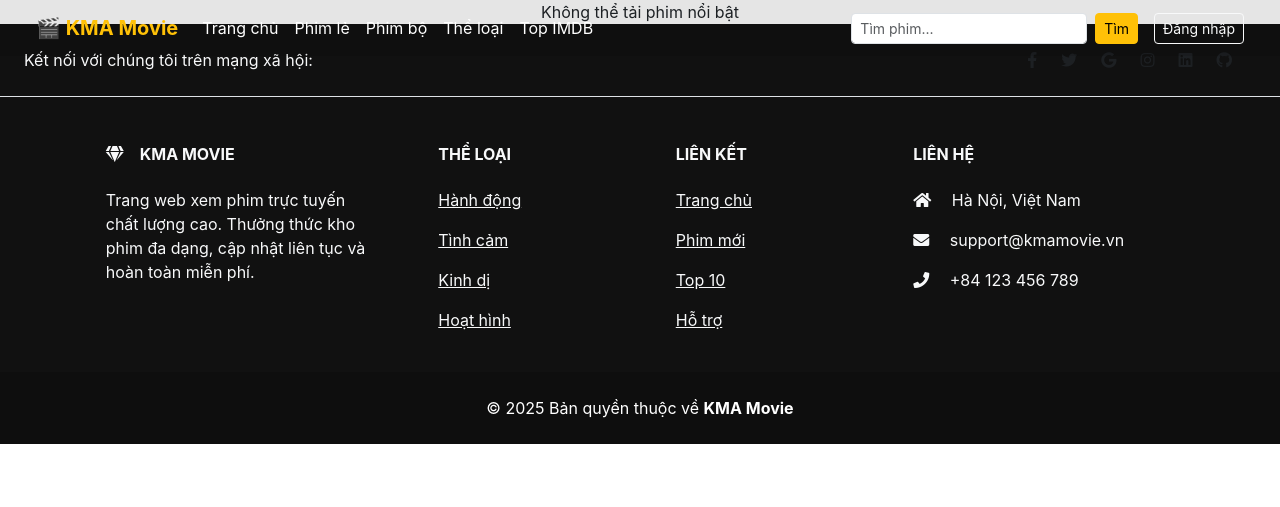
Repository: takagi2004/KMA_Nhom27_TTCS_WebXemFilm_FonEnd
Page: /
An editor plug-in stored every save of this project. The page is shown before and after a run of saves, followed by the edit.
The browser window is 1280 px wide. The pictures show the whole page.
The page's requests for data from a server got no answer. The project was rebuilt for these pictures with package versions that can differ from the ones it lists, and the page was loaded fresh each time. No one was signed in, and anything a server would have sent is missing. Also part of the build but not shown: src/layout/danhsachphim/Props/PhimProps.tsx.

Above is the page before, as saved 2025-08-06 16:06:16.

### public/index.html
<!DOCTYPE html>
<html lang="en">
  <head>
    <meta charset="utf-8" />
    <link rel="icon" href="%PUBLIC_URL%/favicon.ico" />
    <meta name="viewport" content="width=device-width, initial-scale=1" />
    <meta name="theme-color" content="#000000" />
    <meta
      name="description"
      content="Web site created using create-react-app"
    />
    <link rel="apple-touch-icon" href="%PUBLIC_URL%/logo192.png" />
    <!--
      manifest.json provides metadata used when your web app is installed on a
      user's mobile device or desktop. See https://developers.google.com/web/fundamentals/web-app-manifest/
    -->
    <link rel="manifest" href="%PUBLIC_URL%/manifest.json" />
    <!--
      Notice the use of %PUBLIC_URL% in the tags above.
      It will be replaced with the URL of the `public` folder during the build.
      Only files inside the `public` folder can be referenced from the HTML.

      Unlike "/favicon.ico" or "favicon.ico", "%PUBLIC_URL%/favicon.ico" will
      work correctly both with client-side routing and a non-root public URL.
      Learn how to configure a non-root public URL by running `npm run build`.
    -->
    <link href="https://cdn.jsdelivr.net/npm/bootstrap@5.3.7/dist/css/bootstrap.min.css" rel="stylesheet" integrity="sha384-LN+7fdVzj6u52u30Kp6M/trliBMCMKTyK833zpbD+pXdCLuTusPj697FH4R/5mcr" crossorigin="anonymous">
    <link rel="stylesheet" href="https://cdnjs.cloudflare.com/ajax/libs/font-awesome/5.15.3/css/all.min.css">
    <title>Xem Phim Hay,Mới Nhất Tại Phimmoi.com</title>
  </head>
  <body>
    <noscript>You need to enable JavaScript to run this app.</noscript>
    <div id="root"></div>
    <!--
      This HTML file is a template.
      If you open it directly in the browser, you will see an empty page.

      You can add webfonts, meta tags, or analytics to this file.
      The build step will place the bundled scripts into the <body> tag.

      To begin the development, run `npm start` or `yarn start`.
      To create a production bundle, use `npm run build` or `yarn build`.
    -->
    <script src="https://cdn.jsdelivr.net/npm/bootstrap@5.3.7/dist/js/bootstrap.bundle.min.js" integrity="sha384-ndDqU0Gzau9qJ1lfW4pNLlhNTkCfHzAVBReH9diLvGRem5+R9g2FzA8ZGN954O5Q" crossorigin="anonymous"></script>
  </body>
</html>

### src/App.tsx
import React from 'react';
import './App.css';
import Hompage from './layout/Hompage';

function App() {
  return (
    <div className="App">
       <Hompage />
    </div>
  );
}

export default App;

### src/App.css
.App {
  text-align: center;
}

.App-logo {
  height: 40vmin;
  pointer-events: none;
}

@media (prefers-reduced-motion: no-preference) {
  .App-logo {
    animation: App-logo-spin infinite 20s linear;
  }
}

.App-header {
  background-color: #282c34;
  min-height: 100vh;
  display: flex;
  flex-direction: column;
  align-items: center;
  justify-content: center;
  font-size: calc(10px + 2vmin);
  color: white;
}

.App-link {
  color: #61dafb;
}

@keyframes App-logo-spin {
  from {
    transform: rotate(0deg);
  }
  to {
    transform: rotate(360deg);
  }
}
/* css chỗ narbar-hender,fooder */
/* Chiều cao 100% cho carousel */
#introCarousel,
.carousel-inner,
.carousel-item,
.carousel-item.active {
  height: auto !important;
}

/* Ảnh nền cho 3 slide */
.carousel-item:nth-child(1) {
  background-image: url("https://mdbootstrap.com/img/Photos/Others/images/76.jpg");
  background-repeat: no-repeat;
  background-size: cover;
  background-position: center center;
}

.carousel-item:nth-child(2) {
  background-image: url("https://mdbootstrap.com/img/Photos/Others/images/77.jpg");
  background-repeat: no-repeat;
  background-size: cover;
  background-position: center center;
}

.carousel-item:nth-child(3) {
  background-image: url("https://mdbootstrap.com/img/Photos/Others/images/78.jpg");
  background-repeat: no-repeat;
  background-size: cover;
  background-position: center center;
}

/* Cho màn hình lớn */
@media (min-width: 992px) {
  #introCarousel {
    margin-top: -58.59px;
  }
}

/* Chữ trắng cho navbar */
.navbar .nav-link {
  color: #fff !important;
}

/* css chỗ narbar-hender,fooder Đóng */
/* ------------------------------------------------------Carousel.css */
.carousel-item {
  position: relative;
}

.carousel-img {
  width: 100%;
  height: 80vh; /* Full màn hình */
  object-fit: cover; /* Cắt cho vừa khung */
}

/* Overlay chữ góc dưới bên trái */
.carousel-overlay-bottom-left {
  position: absolute;
  bottom: 60px;
  left: 60px;
  color: white;
  z-index: 2;
  max-width: 600px;
  text-shadow: 0 2px 8px rgba(0, 0, 0, 0.8);
}

/* Gradient mờ phía dưới ảnh */
.carousel-item::after {
  content: "";
  position: absolute;
  bottom: 0;
  left: 0;
  width: 100%;
  height: 40%;
  background: linear-gradient(to top, rgba(0,0,0,0.8), transparent);
  z-index: 1;
}


/* ---------Navbar.css---------- */
/* Navbar trong suốt ban đầu */
.navbar.bg-transparent {
  background-color: rgba(0, 0, 0, 0.1) !important;
  transition: background-color 0.3s ease;
}

/* Navbar hiện rõ khi scroll */
.navbar.bg-dark {
  background-color: rgba(0, 0, 0, 0.9) !important;
  transition: background-color 0.3s ease;
}

/* Hiệu ứng hover cho link */
.nav-link {
  color: white !important;
  transition: color 0.2s;
}
.nav-link:hover {
  color: #ffc107 !important; /* Màu vàng */
}

### src/layout/Hompage.tsx
import Footer from "./header/foode-narbar-carosel/Footer";
import Header from "./header/Header";
import React from "react";
function Hompage() {
  return (
    <div className="App">
       <Header />
       <Footer />
    </div>
  );
}

export default Hompage;

### src/layout/header/foode-narbar-carosel/Footer.tsx
import React from "react";

/**
 * Footer cho trang web xem phim
 * - Responsive đầy đủ (mobile, tablet, desktop)
 * - Có phần mạng xã hội + liên hệ + link nhanh
 * - Thiết kế nền tối phù hợp trang xem phim
 */
const Footer: React.FC = () => {
  return (
    <footer className="text-center text-lg-start text-muted" style={{ backgroundColor: "#111" }}>
      {/* ====================== MẠNG XÃ HỘI ====================== */}
      <section className="d-flex justify-content-center justify-content-lg-between p-4 border-bottom">
        {/* Bên trái - chỉ hiện trên màn hình lớn */}
        <div className="me-5 d-none d-lg-block text-light">
          <span>Kết nối với chúng tôi trên mạng xã hội:</span>
        </div>

        {/* Bên phải - icon mạng xã hội */}
        <div>
          <a href="#" className="me-4 text-reset text-light"><i className="fab fa-facebook-f"></i></a>
          <a href="#" className="me-4 text-reset text-light"><i className="fab fa-twitter"></i></a>
          <a href="#" className="me-4 text-reset text-light"><i className="fab fa-google"></i></a>
          <a href="#" className="me-4 text-reset text-light"><i className="fab fa-instagram"></i></a>
          <a href="#" className="me-4 text-reset text-light"><i className="fab fa-linkedin"></i></a>
          <a href="#" className="me-4 text-reset text-light"><i className="fab fa-github"></i></a>
        </div>
      </section>

      {/* ====================== LIÊN KẾT NHANH ====================== */}
      <section>
        <div className="container text-center text-md-start mt-5 text-light">
          <div className="row mt-3">
            {/* Cột 1 - Giới thiệu */}
            <div className="col-md-3 col-lg-4 col-xl-3 mx-auto mb-4">
              <h6 className="text-uppercase fw-bold mb-4">
                <i className="fas fa-gem me-3"></i>KMA Movie
              </h6>
              <p>
                Trang web xem phim trực tuyến chất lượng cao.
                Thưởng thức kho phim đa dạng, cập nhật liên tục và hoàn toàn miễn phí.
              </p>
            </div>

            {/* Cột 2 - Thể loại */}
            <div className="col-md-2 col-lg-2 col-xl-2 mx-auto mb-4">
              <h6 className="text-uppercase fw-bold mb-4">Thể loại</h6>
              <p><a href="#" className="text-reset">Hành động</a></p>
              <p><a href="#" className="text-reset">Tình cảm</a></p>
              <p><a href="#" className="text-reset">Kinh dị</a></p>
              <p><a href="#" className="text-reset">Hoạt hình</a></p>
            </div>

            {/* Cột 3 - Liên kết hữu ích */}
            <div className="col-md-3 col-lg-2 col-xl-2 mx-auto mb-4">
              <h6 className="text-uppercase fw-bold mb-4">Liên kết</h6>
              <p><a href="#" className="text-reset">Trang chủ</a></p>
              <p><a href="#" className="text-reset">Phim mới</a></p>
              <p><a href="#" className="text-reset">Top 10</a></p>
              <p><a href="#" className="text-reset">Hỗ trợ</a></p>
            </div>

            {/* Cột 4 - Liên hệ */}
            <div className="col-md-4 col-lg-3 col-xl-3 mx-auto mb-md-0 mb-4">
              <h6 className="text-uppercase fw-bold mb-4">Liên hệ</h6>
              <p><i className="fas fa-home me-3"></i> Hà Nội, Việt Nam</p>
              <p><i className="fas fa-envelope me-3"></i> support@kmamovie.vn</p>
              <p><i className="fas fa-phone me-3"></i> +84 123 456 789</p>
            </div>
          </div>
        </div>
      </section>

      {/* ====================== COPYRIGHT ====================== */}
      <div
        className="text-center p-4"
        style={{ backgroundColor: "rgba(0, 0, 0, 0.2)", color: "#fff" }}
      >
        © 2025 Bản quyền thuộc về <strong>KMA Movie</strong>
      </div>
    </footer>
  );
};

export default Footer;

### src/layout/header/Header.tsx
import React from "react";
import Navbar from "./foode-narbar-carosel/Narbar";
import Carousel from "./foode-narbar-carosel/Carousel";

const Header: React.FC = () => {
  return (
    <header>
      <Navbar />
      <Carousel />
    </header>
  );
};

export default Header;

### src/layout/header/foode-narbar-carosel/Narbar.tsx
import React, { useEffect, useState } from "react";
import "./../../../App.css";

const Navbar: React.FC = () => {
  const [scrolled, setScrolled] = useState(false);

  // Theo dõi sự kiện scroll để đổi trạng thái navbar
  useEffect(() => {
    const handleScroll = () => {
      if (window.scrollY > 50) {
        setScrolled(true);
      } else {
        setScrolled(false);
      }
    };

    window.addEventListener("scroll", handleScroll);
    return () => {
      window.removeEventListener("scroll", handleScroll);
    };
  }, []);

  return (
    <nav
      className={`navbar navbar-expand-lg fixed-top px-4 ${
        scrolled ? "navbar-dark bg-dark shadow" : "navbar-dark bg-transparent"
      }`}
    >
      <div className="container-fluid">
        {/* Logo */}
        <a className="navbar-brand fw-bold text-warning" href="/">
          🎬 KMA Movie
        </a>

        {/* Menu icon mobile */}
        <button
          className="navbar-toggler"
          type="button"
          data-bs-toggle="collapse"
          data-bs-target="#navbarMovie"
          aria-controls="navbarMovie"
          aria-expanded="false"
          aria-label="Toggle navigation"
        >
          <span className="navbar-toggler-icon"></span>
        </button>

        {/* Menu */}
        <div className="collapse navbar-collapse" id="navbarMovie">
          <ul className="navbar-nav me-auto mb-2 mb-lg-0">
            <li className="nav-item"><a className="nav-link active" href="/">Trang chủ</a></li>
            <li className="nav-item"><a className="nav-link" href="/phim-le">Phim lẻ</a></li>
            <li className="nav-item"><a className="nav-link" href="/phim-bo">Phim bộ</a></li>
            <li className="nav-item"><a className="nav-link" href="/the-loai">Thể loại</a></li>
            <li className="nav-item"><a className="nav-link" href="/top-imdb">Top IMDB</a></li>
          </ul>

          {/* Search */}
          <form className="d-flex me-3">
            <input
              className="form-control form-control-sm me-2"
              type="search"
              placeholder="Tìm phim..."
            />
            <button className="btn btn-sm btn-warning" type="submit">
              Tìm
            </button>
          </form>

          {/* Icon user */}
          <a className="btn btn-outline-light btn-sm">Đăng nhập</a>
        </div>
      </div>
    </nav>
  );
};

export default Navbar;

### src/layout/header/foode-narbar-carosel/Carousel.tsx
import React, { useEffect, useState } from "react";
import "../../../App.css";
import { PhimAPI } from "../../../api/PhimAPI";
import PhimModel from "../../../model/PhimModel";

const Carousel: React.FC = () => {
  const [phimNoiBat, setPhimNoiBat] = useState<PhimModel[]>([]);
  const [loading, setLoading] = useState(true);
  const [error, setError] = useState<string | null>(null);

  useEffect(() => {
    PhimAPI.getPhimNoiBat(5)
      .then((data) => {
        setPhimNoiBat(data);
        setLoading(false);
      })
      .catch((err) => {
        setError("Không thể tải phim nổi bật");
        console.error(err);
        setLoading(false);
      });
  }, []);

  if (loading) return <div>Đang tải phim nổi bật...</div>;
  if (error) return <div>{error}</div>;

  return (
    <div id="movieCarousel" className="carousel slide carousel-fade" data-bs-ride="carousel">
      <div className="carousel-inner">
        {phimNoiBat.map((phim, index) => {
          // Lấy thời lượng trung bình 1 tập nếu có
          const thoiLuong = phim.tapPhim?.length
            ? `${phim.tapPhim[0].thoiLuong} phút`
            : "Chưa có";

          return (
            <div key={phim.idPhim} className={`carousel-item ${index === 0 ? "active" : ""}`}>

              {/* Ảnh nền */}
              <img
                src={phim.anhBia || "https://via.placeholder.com/1920x1080?text=No+Image"}
                className="d-block w-100 carousel-img"
                alt={phim.tenPhim}
              />

              {/* Overlay chữ đè lên ảnh */}
              <div className="carousel-overlay-bottom-left">
                <h2 className="fw-bold display-5">{phim.tenPhim}</h2>

                {/* Badge */}
                <div className="mb-2">
                  <span className="badge bg-success me-2">Top Thịnh Hành</span>
                  {phim.goiDangKy?.map((goi, i) => (
                    <span key={i} className="badge bg-info me-2">{goi}</span>
                  ))}
                </div>

                {/* Thông tin nhanh */}
                <p className="mb-1">
                  <span className="text-warning fw-bold me-2">
                    ★ {phim.diemTrungBinh?.toFixed(1) || 0}
                  </span>
                  {phim.namPhatHanh} | {phim.soLuong || 0} tập | {thoiLuong}
                </p>

                <p className="mb-2 text-light small">
                  {phim.theLoai?.join(" • ")} {phim.quocGia && `• ${phim.quocGia}`}
                </p>

                {/* Mô tả */}
                <p className="text-light" style={{ maxWidth: "600px" }}>
                  {phim.moTa?.length && phim.moTa.length > 200
                    ? phim.moTa.substring(0, 200) + "..."
                    : phim.moTa}
                </p>

                {/* Nút */}
                <div className="mt-3">
                  <button className="btn btn-success me-2">▶ Xem ngay</button>
                  <button className="btn btn-outline-light">+ Thêm vào danh sách</button>
                </div>
              </div>
            </div>
          );
        })}
      </div>

      {/* Nút điều hướng */}
      <button className="carousel-control-prev" type="button" data-bs-target="#movieCarousel" data-bs-slide="prev">
        <span className="carousel-control-prev-icon" aria-hidden="true"></span>
      </button>
      <button className="carousel-control-next" type="button" data-bs-target="#movieCarousel" data-bs-slide="next">
        <span className="carousel-control-next-icon" aria-hidden="true"></span>
      </button>
    </div>
  );
};

export default Carousel;

### src/api/PhimAPI.ts
import axios from "axios";
import PhimModel from "../model/PhimModel";

const API_BASE_URL = "http://localhost:8080/api/phim";

export const PhimAPI = {
    // 1. Lấy tất cả phim
    getAllPhim: async (): Promise<PhimModel[]> => {
        const response = await axios.get<PhimModel[]>(`${API_BASE_URL}/all`);
        return response.data;
    },

    // 2. Lấy top phim thịnh hành
    getTopThinhHanh: async (limit: number = 10): Promise<PhimModel[]> => {
        const response = await axios.get<PhimModel[]>(`${API_BASE_URL}/top?limit=${limit}`);
        return response.data;
    },

    // 3. Lấy phim nổi bật (cho carousel)
    getPhimNoiBat: async (limit: number = 5): Promise<PhimModel[]> => {
        const response = await axios.get<PhimModel[]>(`${API_BASE_URL}/noi-bat?limit=${limit}`);
        return response.data;
    },

    // 4. Lấy chi tiết 1 phim theo ID
    getPhimById: async (id: number): Promise<PhimModel> => {
        const response = await axios.get<PhimModel>(`${API_BASE_URL}/${id}`);
        return response.data;
    },

    // 5. (Optional) Tìm kiếm phim theo từ khóa
    searchPhim: async (keyword: string): Promise<PhimModel[]> => {
        const response = await axios.get<PhimModel[]>(`${API_BASE_URL}/search?keyword=${encodeURIComponent(keyword)}`);
        return response.data;
    }
};

### src/layout/danhsachphim/DanhSachPhim.tsx
import React, { useEffect, useState } from "react";
import { PhimAPI } from "../../api/PhimAPI";
import PhimModel from "../../model/PhimModel";
import PhimCard from "./Props/PhimProps";

const DanhSachPhim: React.FC = () => {
  const [phimNoiBat, setPhimNoiBat] = useState<PhimModel[]>([]);
  const [loading, setLoading] = useState(true);
  const [error, setError] = useState<string | null>(null);

  useEffect(() => {
    PhimAPI.getPhimNoiBat(8)
      .then((data) => {
        setPhimNoiBat(data);
        setLoading(false);
      })
      .catch((err) => {
        console.error(err);
        setError("Không thể tải phim nổi bật");
        setLoading(false);
      });
  }, []);

  if (loading) return <div>Đang tải danh sách phim nổi bật...</div>;
  if (error) return <div>{error}</div>;

  return (
    <div className="container mt-4">
      <h3 className="mb-3 text-center text-primary fw-bold">
        🎬 Phim Nổi Bật
      </h3>
      <div className="d-flex flex-wrap justify-content-center">
        {phimNoiBat.map((phim) => (
          <PhimCard key={phim.idPhim} phim={phim} />
        ))}
      </div>
    </div>
  );
};

export default DanhSachPhim;

Loaded but not shown: src/index.tsx (common file); src/index.css (common file); src/reportWebVitals.ts (common file)

After the next 4 saves:
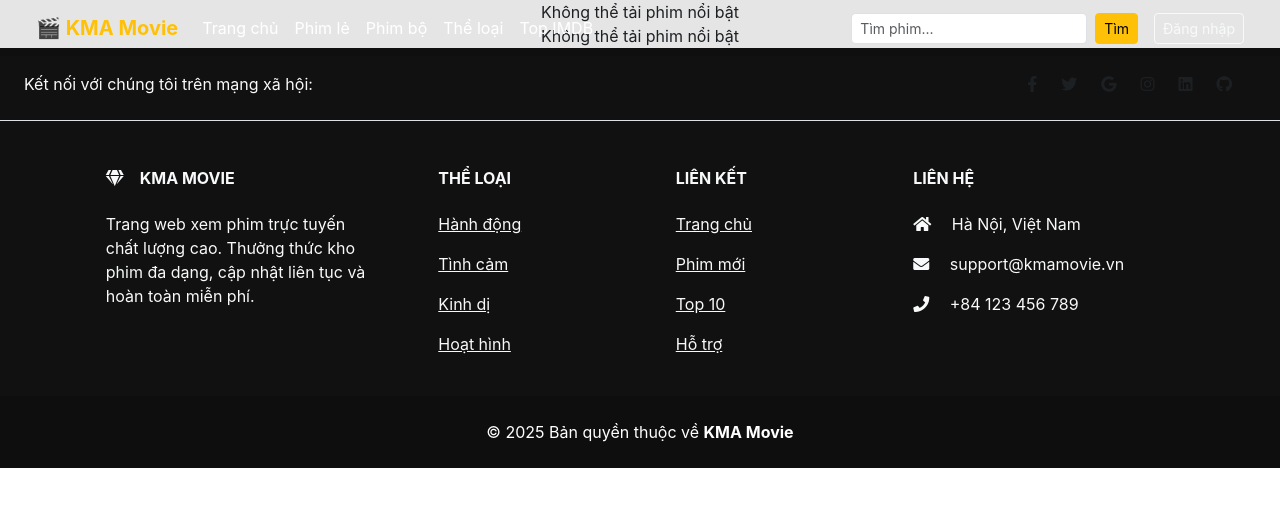
The 4 saves are shown as one change because they came seconds apart.
The last was saved 103 s later.
--- a/src/layout/Hompage.tsx
+++ b/src/layout/Hompage.tsx
@@ -1,3 +1,4 @@
+import DanhSachPhim from "./danhsachphim/DanhSachPhim";
 import Footer from "./header/foode-narbar-carosel/Footer";
 import Header from "./header/Header";
 import React from "react";
@@ -5,6 +6,7 @@
   return (
     <div className="App">
        <Header />
+       <DanhSachPhim />
        <Footer />
     </div>
   );
